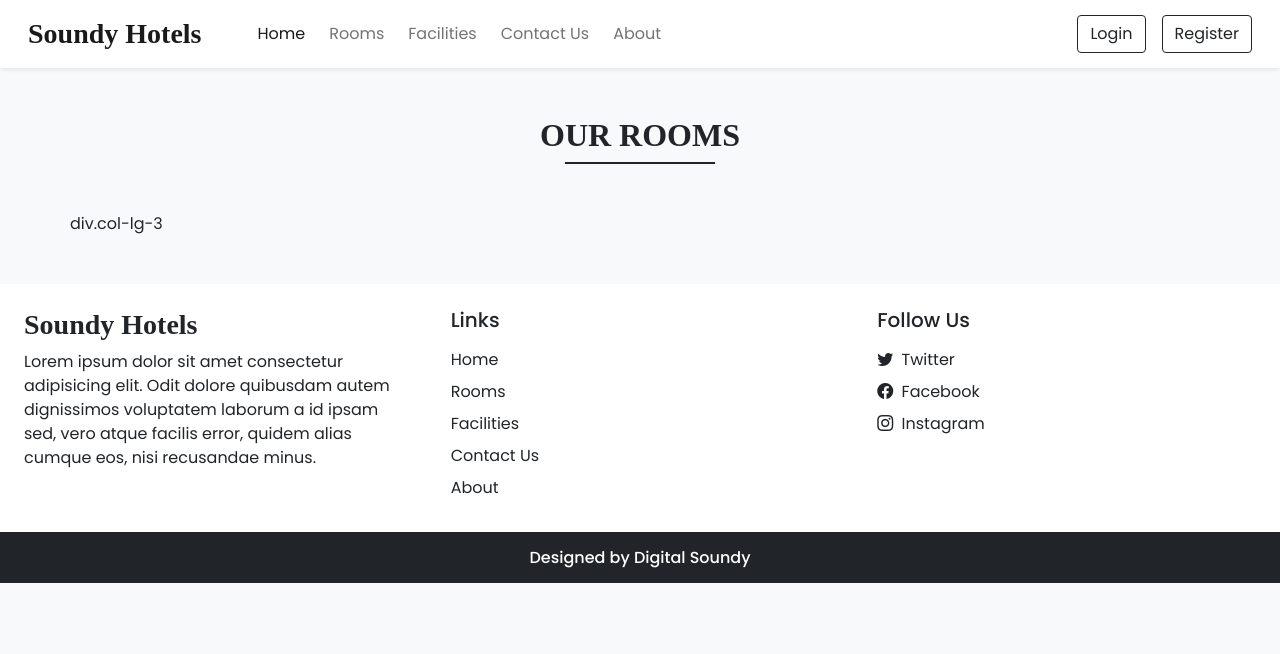
Repository: spencersoundy/Hotel-Booking-App
Page: http://localhost/rooms.php
An editor plug-in stored every save of this project. The page is shown before and after a run of saves, followed by the edit.
The browser window is 1280 px wide. The pictures show the whole page.
Some web fonts or font styles are not loaded; a fallback is used. The page is run by PHP 8.4 with error messages shown; the project is at /var/www/html/.

Above is the page before, as saved 2023-08-05 00:25:04.

After the next 2 saves:
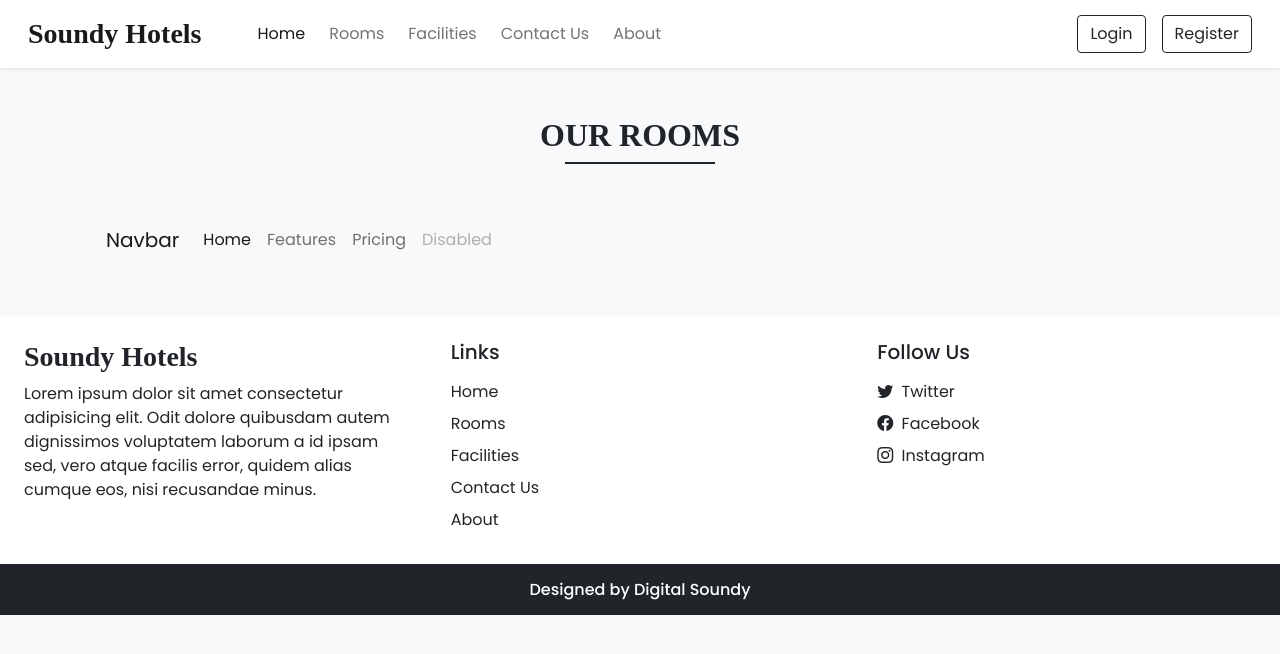
The 2 saves are shown as one change because they came seconds apart.
The last was saved 7 s later.
--- a/rooms.php
+++ b/rooms.php
@@ -18,7 +18,32 @@
 
 <div class="container">
     <div class="row">
-       div.col-lg-3
+       <div class="col-lg-3">
+       <nav class="navbar navbar-expand-lg navbar-light bg-light">
+  <div class="container-fluid">
+    <a class="navbar-brand" href="#">Navbar</a>
+    <button class="navbar-toggler" type="button" data-bs-toggle="collapse" data-bs-target="#navbarNav" aria-controls="navbarNav" aria-expanded="false" aria-label="Toggle navigation">
+      <span class="navbar-toggler-icon"></span>
+    </button>
+    <div class="collapse navbar-collapse" id="navbarNav">
+      <ul class="navbar-nav">
+        <li class="nav-item">
+          <a class="nav-link active" aria-current="page" href="#">Home</a>
+        </li>
+        <li class="nav-item">
+          <a class="nav-link" href="#">Features</a>
+        </li>
+        <li class="nav-item">
+          <a class="nav-link" href="#">Pricing</a>
+        </li>
+        <li class="nav-item">
+          <a class="nav-link disabled">Disabled</a>
+        </li>
+      </ul>
+    </div>
+  </div>
+</nav>
+       </div>
     </div>
 </div>
 
